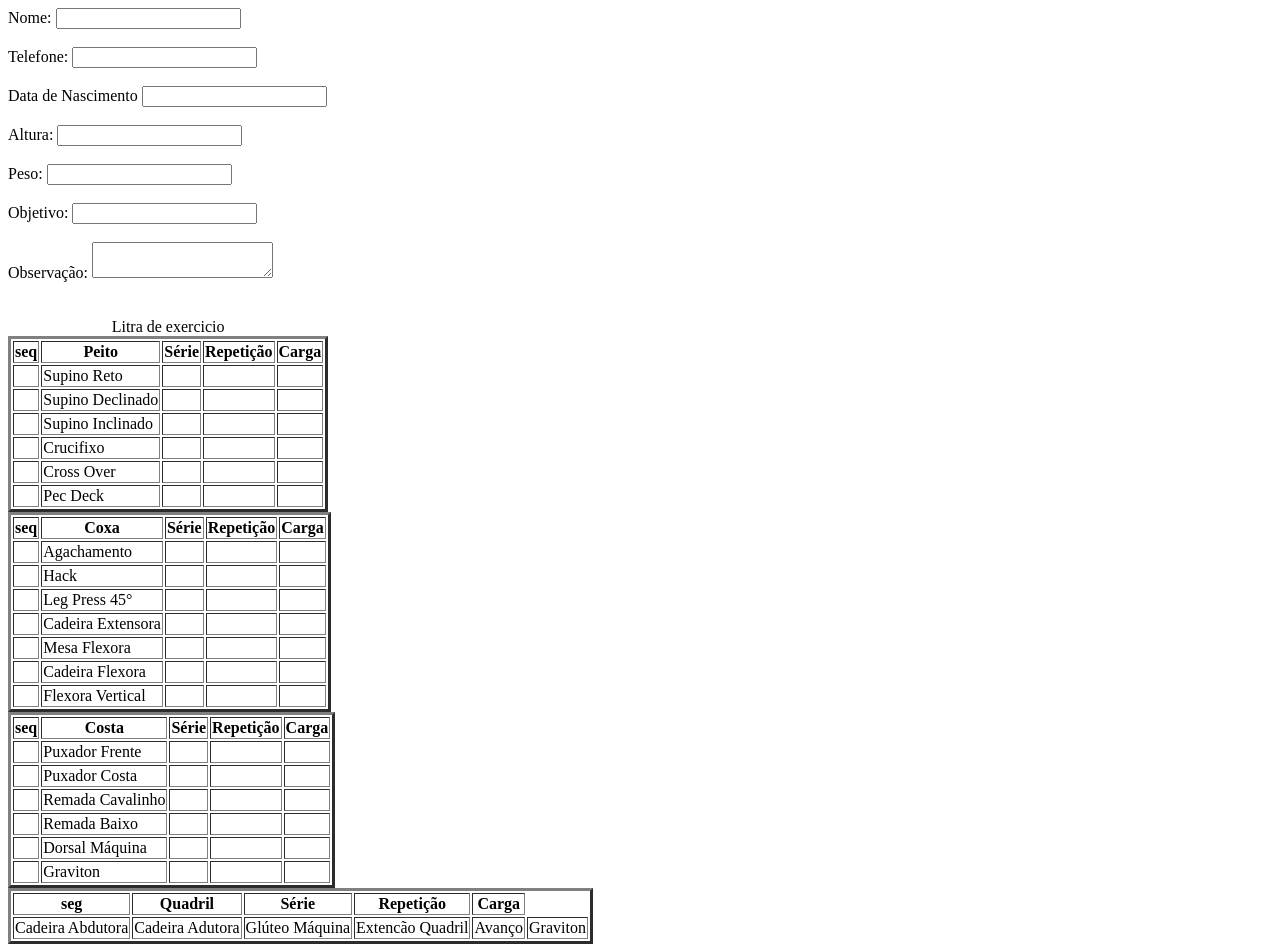
Repository: luisjonson/ProjetoWebAcademia
Page: Projeto_Web/RepositorioWebProject/WebContent/FichaAluno.html
An editor plug-in stored every save of this project. The page is shown before and after the next save, followed by the edit.
The browser window is 1280 px wide. The pictures show the part of the page from y = 364 to 1316 px (the page is 1316 px tall).
A picture or video elsewhere on the page could not be fetched, so the positions and the page height are approximate.

Above is the page before, as saved 2017-04-05 02:49:39.

### Projeto_Web/RepositorioWebProject/WebContent/FichaAluno.html
<!DOCTYPE html>
<html>
<head>
<meta charset="utf-8">
<title>Insert title here</title>
</head>

<figure>
	<img alt="Smart-Fit"
		src="C:/Users/nano/workspace/Projeto_Web/RepositorioWebProject/WebContent/WEB-INF/Imagem/Smart.png">
</figure>

<body>



	<form action="Cadastro" method="post">



		 <label>N° Aluno:</label><br><br>
		 <label>Nome: <input  name="nome" ></label><br><br>
		 <label>Telefone: <input name="telefone" ></label><br><br>
		 <label>Data de Nascimento <input name="dataDeNascimento"></label><br><br>
		 <label>Altura: <input type="text" name="Altura" required ></label><br><br>
		 <label>Peso: <input name="Peso" ></label><br><br>
		 <label>Objetivo: <input name="objetivo" ></label><br><br>
		 		Observação: <textarea name="obsevação"></textarea>
	</form><br><br>

	<table border="3">

		<caption>Litra de exercicio</caption>

			<tr>
				<th>seq</th>
				<th>Peito</th>
				<th>Série</th>
				<th>Repetição</th>
				<th>Carga</th>
			</tr>


			<tr>
				<td></td>
				<td>Supino Reto</td>
				<td></td>
				<td></td>
				<td></td>
			</tr>

				<tr>
				<td></td>
				<td>Supino Declinado</td>
				<td></td>
				<td></td>
				<td></td>
			</tr>

				<tr>
				<td></td>
				<td>Supino Inclinado</td>
				<td></td>
				<td></td>
				<td></td>
			</tr>

				<tr>
				<td></td>
				<td>Crucifixo</td>
				<td></td>
				<td></td>
				<td></td>
			</tr>

				<tr>
				<td></td>
				<td>Cross Over</td>
				<td></td>
				<td></td>
				<td></td>
			</tr>

				<tr>
				<td></td>
				<td>Pec Deck</td>
				<td></td>
				<td></td>
				<td></td>
			</tr>

	</table>

	<table  border="3">

	    	<tr>
				<th>seq</th>
				<th>Coxa</th>
				<th>Série</th>
				<th>Repetição</th>
				<th>Carga</th>
			</tr>

			<tr>
				<td></td>
				<td>Agachamento</td>
				<td></td>
				<td></td>
				<td></td>
			</tr>

			<tr>
				<td></td>
				<td>Hack</td>
				<td></td>
				<td></td>
				<td></td>
			</tr>

			<tr>
				<td></td>
				<td>Leg Press 45°</td>
				<td></td>
				<td></td>
				<td></td>
			</tr>

			<tr>
				<td></td>
				<td>Cadeira Extensora</td>
				<td></td>
				<td></td>
				<td></td>
			</tr>

			<tr>
				<td></td>
				<td>Mesa Flexora</td>
				<td></td>
				<td></td>
				<td></td>
			</tr>

			<tr>
				<td></td>
				<td>Cadeira Flexora</td>
				<td></td>
				<td></td>
				<td></td>
			</tr>

			<tr>
				<td></td>
				<td>Flexora Vertical</td>
				<td></td>
				<td></td>
				<td></td>
			</tr>

	<table  border="3">
			<tr>
				<th>seq</th>
				<th>Costa</th>
				<th>Série</th>
				<th>Repetição</th>
				<th>Carga</th>
			</tr>

			<tr>
				<td></td>
				<td>Puxador Frente</td>
				<td></td>
				<td></td>
				<td></td>
			</tr>

			<tr>
				<td></td>
				<td>Puxador Costa</td>
				<td></td>
				<td></td>
				<td></td>
			</tr>

			<tr>
				<td></td>
				<td>Remada Cavalinho</td>
				<td></td>
				<td></td>
				<td></td>
			</tr>

			<tr>
				<td></td>
				<td>Remada Baixo</td>
				<td></td>
				<td></td>
				<td></td>
			</tr>

			<tr>
				<td></td>
				<td>Dorsal Máquina</td>
				<td></td>
				<td></td>
				<td></td>
			</tr>

			<tr>
				<td></td>
				<td>Graviton</td>
				<td></td>
				<td></td>
				<td></td>
			</tr>
		</table>
	</table>

	<table border="3">

		<tr>
			<th>seg</th>
			<th>Quadril</th>
			<th>Série</th>
			<th>Repetição</th>
			<th>Carga</th>
		</tr>

		<tr>
			<td>Cadeira Abdutora</td>
			<td>Cadeira Adutora</td>
			<td>Glúteo Máquina</td>
			<td>Extencão Quadril</td>
			<td>Avanço</td>
			<td>Graviton</td>
		</tr>
	</table>

</body>
</html>

After the next save:
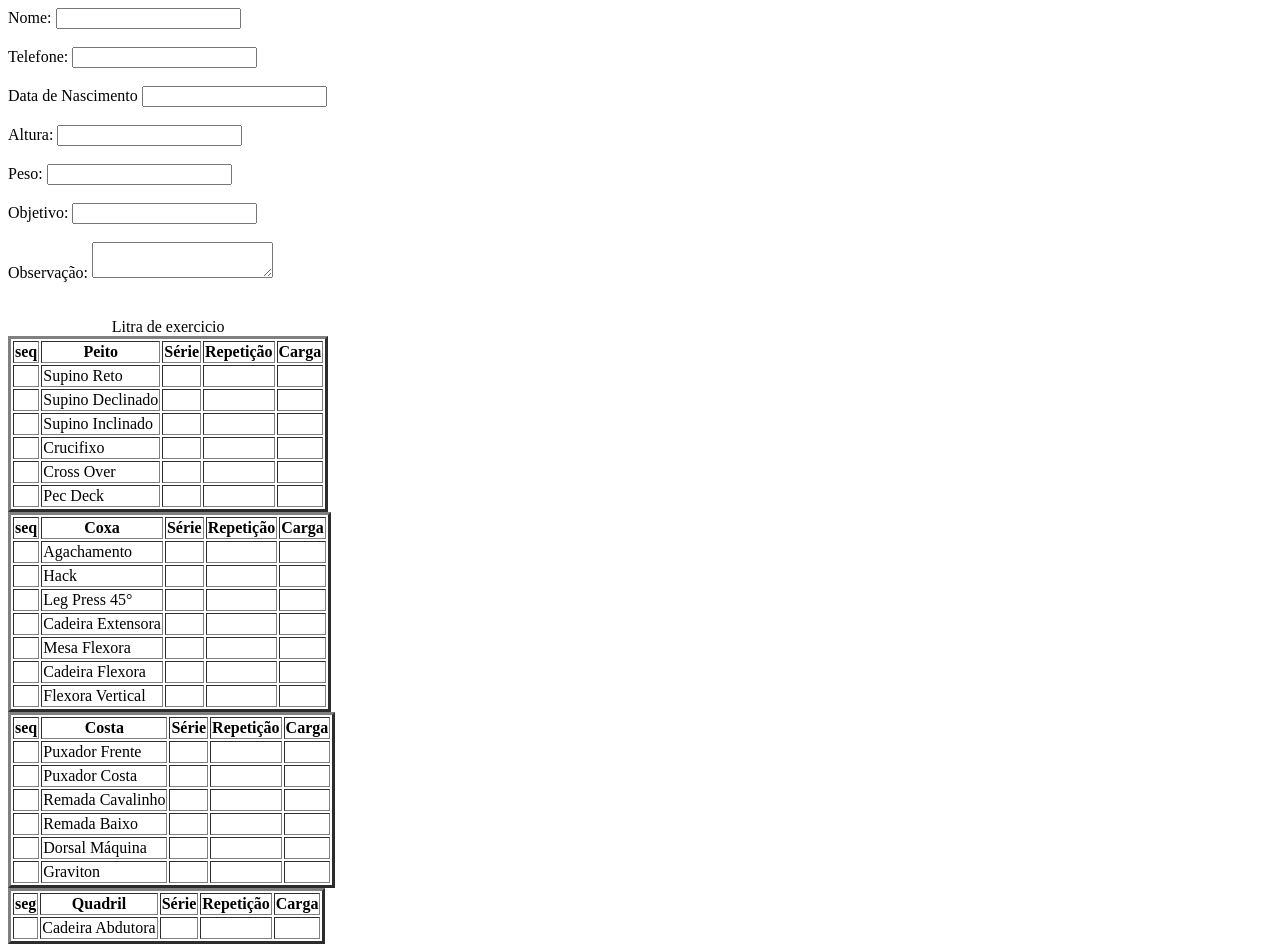
Saved 2 min 0 s later.
--- a/Projeto_Web/RepositorioWebProject/WebContent/FichaAluno.html
+++ b/Projeto_Web/RepositorioWebProject/WebContent/FichaAluno.html
@@ -227,12 +227,12 @@
 		</tr>
 
 		<tr>
+			<td></td>
 			<td>Cadeira Abdutora</td>
-			<td>Cadeira Adutora</td>
-			<td>Glúteo Máquina</td>
-			<td>Extencão Quadril</td>
-			<td>Avanço</td>
-			<td>Graviton</td>
+			<td></td>
+			<td></td>
+			<td></td>
+			<td</td>
 		</tr>
 	</table>
 
